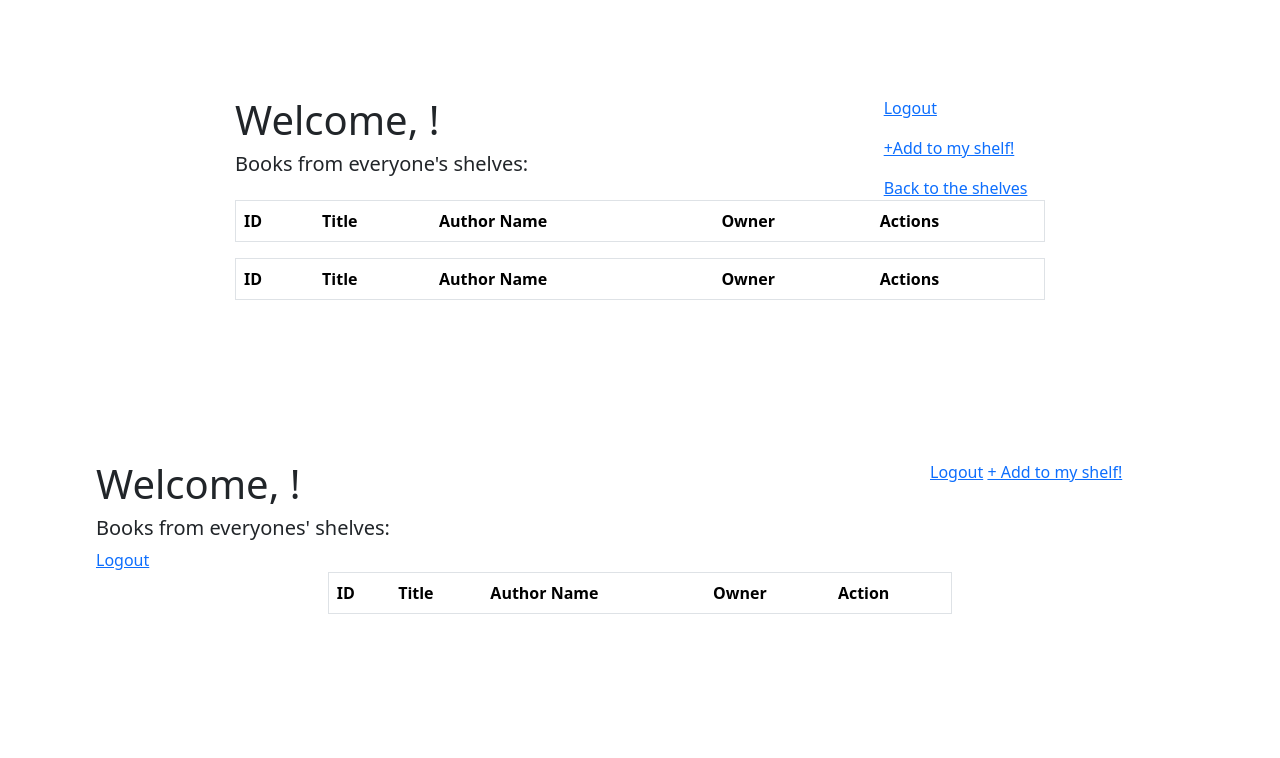
Repository: ShathaMorales/Java-Stack
Page: http://localhost/LoginRegistration/WEB-INF/home.jsp
The author's editor kept a copy of each file at every save. The page is drawn from the files as they stood at one save, then again after the next save.
The browser window is 1280 px wide. The pictures show the whole page.
The page is served by Tomcat 10. Nobody is signed in. Other server files are loaded and not shown. The template is opened directly, without the code that normally fills it, so the values that code supplies are empty.

Above is the page before, as saved 2023-05-13 18:03:44.

### _java/FullSpring/BookBroker/LoginRegistration/src/main/webapp/WEB-INF/home.jsp
<%@ page language="java" contentType="text/html; charset=UTF-8" pageEncoding="UTF-8"%>
<!-- c:out ; c:forEach etc. -->
<%@ taglib prefix = "c" uri = "http://java.sun.com/jsp/jstl/core" %>
<!-- Formatting (dates) -->
<%@ taglib uri="http://java.sun.com/jsp/jstl/fmt" prefix="fmt"  %>
<!-- form:form -->
<%@ taglib prefix="form" uri="http://www.springframework.org/tags/form"%>
<!-- for rendering errors on PUT routes -->
<%@ page isErrorPage="true" %>
<!DOCTYPE html>
<html>
<head>
<meta charset="UTF-8">
<link href="https://cdn.jsdelivr.net/npm/bootstrap@5.3.0-alpha3/dist/css/bootstrap.min.css" rel="stylesheet" integrity="sha384-KK94CHFLLe+nY2dmCWGMq91rCGa5gtU4mk92HdvYe+M/SXH301p5ILy+dN9+nJOZ" crossorigin="anonymous">
<title>Dashboard</title>
</head>
<body>
    <div class = "container-md-fluid m-5 p-5">
        <div class = "row justify-content-center">
            <div class = "col-7 ">
                <h1>Welcome, <c:out value="${userName}"></c:out>!</h1>
                <h5>Books from everyone's shelves:</h5>
            </div>
            <div class = "col-2 ">
                <p><a href="/logout">Logout</a></p>
                <p><a href="/books/new">+Add to my shelf!</a></p>
                <a href="/books">Back to the shelves</a>
            </div>
            </div>
            <div class = "row justify-content-center">
            <div class = "col-9 ">
                    <table class="table border col-5  ">
                  <thead>
                    <tr>
                        <th scope="col">ID</th>
                          <th scope="col">Title</th>
                         <th scope="col">Author Name</th>
                          <th scope="col">Owner</th>
                          <th scope="col">Actions</th>
                    </tr>
                  </thead>
                  <tbody>
                    <c:forEach var="book" items="${books}">
                    <tr>
                         <td><c:out value="${book.id}"></c:out></td>
                        <td><a href="/books/${book.id}"><c:out value="${book.title}"></c:out></a></td>
                        <td><c:out value="${book.author}"></c:out></td>
                        <td><c:out value="${book.user.userName}"></c:out></td>
                            <c:set var="id1" value="${book.user.id}"/>
                            <c:set var="id2" value="${user.id}"/>
                            <c:choose>
                                <c:when test="${user_id == book.user.id}">
                                    <td><a href="/books/${book.id}/edit">edit</a> | <a href="/books/${book.id}/delete">delete</a></td>
                                          <input type="hidden" name="_method" value="delete">
                                          <%-- <button type="submit" class="btn btn-primary ">Delete</button></form></td> --%>
                                </c:when>
                                <c:otherwise>
                                    <td><a href="/books/${book.id}/borrow">Borrow</a></td>
                                </c:otherwise>
                            </c:choose>
                    </tr>
                    </c:forEach>
                  </tbody>
                </table>

                    <table class="table border col-5  ">
                  <thead>
                    <tr>
                        <th scope="col">ID</th>
                          <th scope="col">Title</th>
                         <th scope="col">Author Name</th>
                          <th scope="col">Owner</th>
                          <th scope="col">Actions</th>
                    </tr>
                  </thead>
                  <tbody>
                    <c:forEach var="book" items="${borrowed}">
                    <tr>
                         <td><c:out value="${book.id}"></c:out></td>
                        <td><a href="/books/${book.id}"><c:out value="${book.title}"></c:out></a></td>
                        <td><c:out value="${book.author}"></c:out></td>
                        <td><c:out value="${book.user.userName}"></c:out></td>
                        <td><a href="/books/${book.id}/return">Return</a></td>
                    </tr>
                    </c:forEach>
                  </tbody>
                </table>
            </div>
            </div>
    </div>
    <div class = "container-md-fluid m-5 p-5">
        <div class = "row justify-content-between">
            <div class = "col-5">
                <h1>Welcome, <c:out value="${userName}"></c:out>!</h1>
                <h5>Books from everyones' shelves:</h5>
                <a href="/logout">Logout</a>
            </div>
              <div class = "col-3">
              <a href="/logout">Logout</a>
              <a href="/books/new">+ Add to my shelf!</a>
            </div>
        </div>
           <div class = "row justify-content-center">
            <div class = "col-7 align-self-center">
            	<table class="table border col-5 mb-5">
				  <thead>
				    <tr>
				      <th scope="col">ID</th>
				      <th scope="col">Title</th>
				      <th scope="col">Author Name</th>
				      <th scope="col">Owner</th>
				      <th scope="col">Action</th>
				    </tr>
				  </thead>
				  <tbody>
				  <c:forEach var="book" items="${books}">
				    <tr>
				      <th scope="row"><c:out value="${book.id}"></c:out></th>
				      <td><a href="/books/${book.id}"><c:out value="${book.title}"></c:out></a></td>
				      <td><c:out value="${book.author}"></c:out></td>
				      <td><c:out value="${book.user.userName}"></c:out></td>
				      <c:if test = "${user_id == book.user.id}">
				      		<td><a href="/books/${book.id}/edit">edit</a> | <a href="/books/${book.id}/delete">delete</a></td>
				      </c:if>
				      <c:if test = "${user_id != book.user.id}">
				      		<td><a href="/books/${book.id}/borrow">borrow</a></td>
				      </c:if>
				    </tr>
				    </c:forEach>
				</table>
            </div>
        </div>
    </div>
</body>
</html>

After the next save:
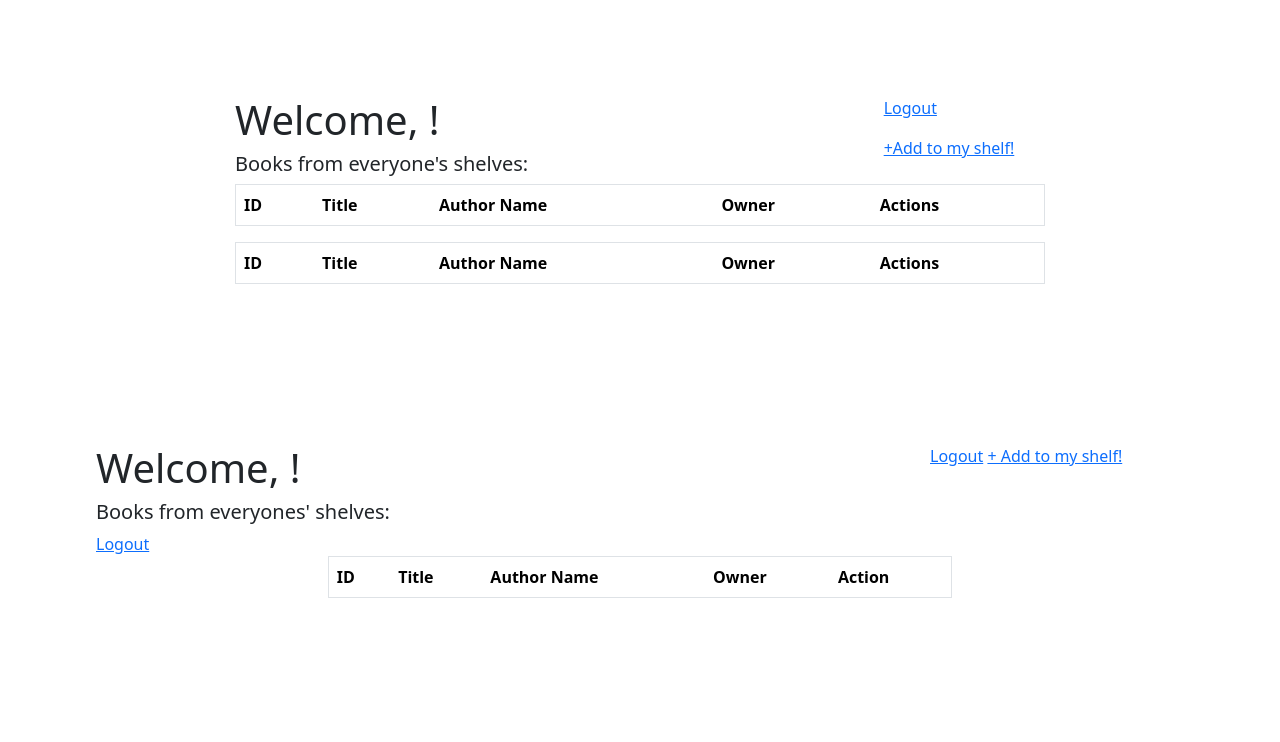
Saved 18 s later.
--- a/_java/FullSpring/BookBroker/LoginRegistration/src/main/webapp/WEB-INF/home.jsp
+++ b/_java/FullSpring/BookBroker/LoginRegistration/src/main/webapp/WEB-INF/home.jsp
@@ -24,7 +24,6 @@
             <div class = "col-2 ">
                 <p><a href="/logout">Logout</a></p>
                 <p><a href="/books/new">+Add to my shelf!</a></p>
-                <a href="/books">Back to the shelves</a>
             </div>
             </div>
             <div class = "row justify-content-center">
